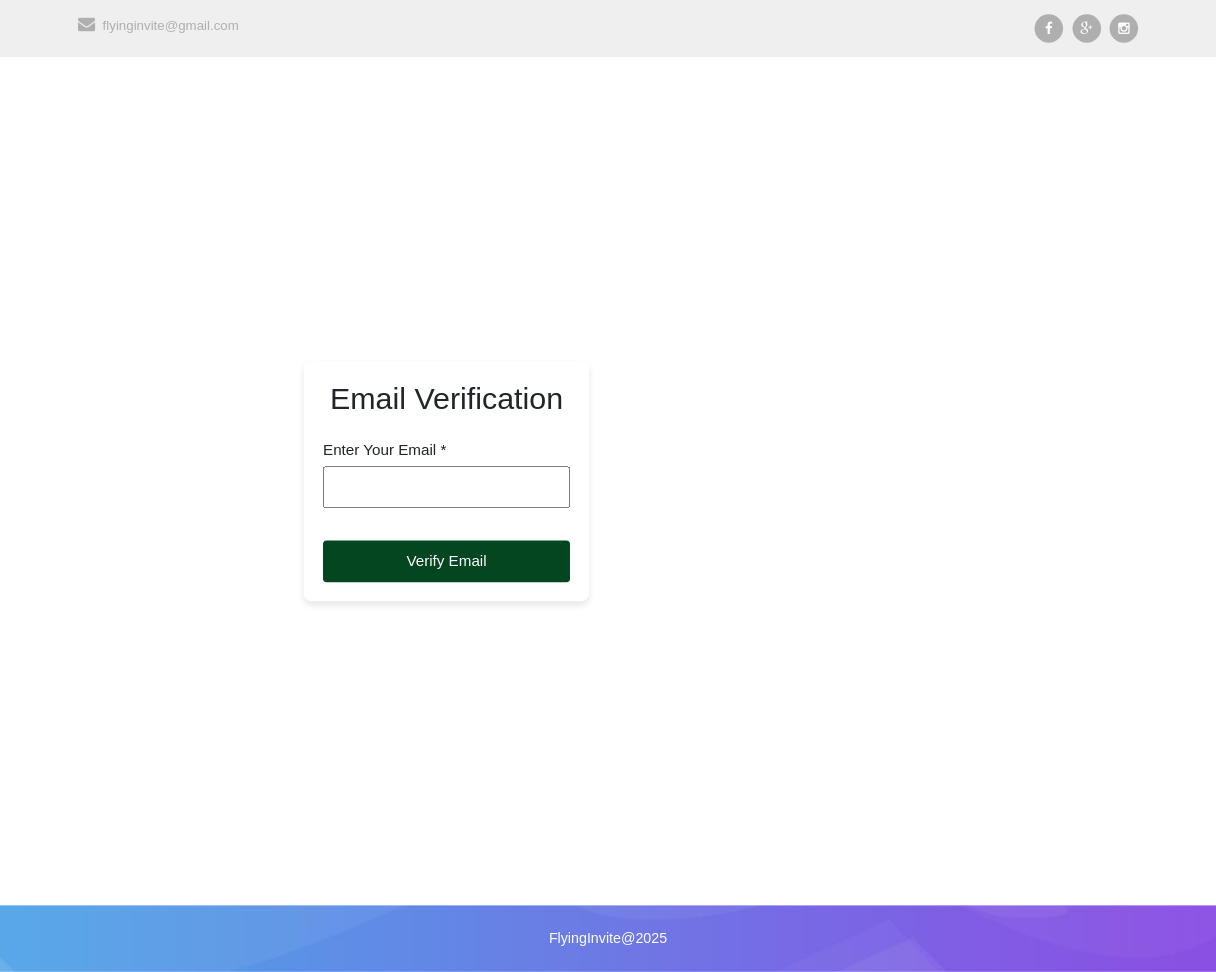
Repository: viraj7551/Flying-Invite-Project
Page: http://localhost/FlyingInvite/verifyEmail.jsp
These files come from the project's save history. The page is drawn as it stood at one moment and after the next save; the edit follows.
The browser window is 1280 px wide. The pictures show the whole page, at 95% of full size.
The page is served by Tomcat 9. Other server files are loaded and not shown.

Above is the page before, as saved 2025-04-20 09:13:55.

### FlyingInvite/WebContent/verifyEmail.jsp
<%@ page language="java" contentType="text/html; charset=ISO-8859-1"
    pageEncoding="ISO-8859-1"%>
<!DOCTYPE html>
<html>
<head>
  <meta charset="UTF-8">
  <meta name="viewport" content="width=device-width, initial-scale=1, shrink-to-fit=no">
  <meta name="description" content="">
  <meta name="author" content="">
  <link rel="preconnect" href="https://fonts.googleapis.com">
  <link rel="preconnect" href="https://fonts.gstatic.com" crossorigin>
  <link href="https://fonts.googleapis.com/css2?family=Poppins:wght@100;200;300;400;500;600;700;800;900&display=swap" rel="stylesheet">

  <title>Flying Invite | Name Suggestor</title>

  <!-- Bootstrap core CSS -->
  <link href="vendor/bootstrap/css/bootstrap.min.css" rel="stylesheet">


  <!-- Additional CSS Files -->
  <link rel="stylesheet" href="assets/css/fontawesome.css">
  <link rel="stylesheet" href="assets/css/app.css">
  <link rel="stylesheet" href="assets/css/animated.css">
  <link rel="stylesheet" href="assets/css/owl.css">
  <link rel="stylesheet" href="assets/css/style.css">
   <link rel="stylesheet" href="assets/css/style02.css">

  <script async src="https://www.googletagmanager.com/gtag/js?id=G-DZ4MP44ET9"></script>
<script>
  window.dataLayer = window.dataLayer || [];
  function gtag(){dataLayer.push(arguments);}
  gtag('js', new Date());

  gtag('config', 'G-DZ4MP44ET9');
</script>


</head>
<body>

   <%
      if(session.getAttribute("generatedOTP") != null){
    	  session.invalidate();
      }
   %>


 <!-- ***** Preloader Start ***** -->
  <div id="js-preloader" class="js-preloader">
    <div class="preloader-inner">
      <span class="dot"></span>
      <div class="dots">
        <span></span>
        <span></span>
        <span></span>
      </div>
    </div>
  </div>

    <!-- ***** Preloader End ***** -->

  <!-- Pre-header Starts -->
  <div class="pre-header">
    <div class="container">
      <div class="row">
        <div class="col-lg-8 col-sm-8 col-7">
          <ul class="info">
            <li><a href="#"><i class="fa fa-envelope"></i>flyinginvite@gmail.com</a></li>
          </ul>
        </div>
        <div class="col-lg-4 col-sm-4 col-5">
          <ul class="social-media">
            <li><a href="https://www.facebook.com/profile.php?id=61567671551405" target="_blank"><i class="fa fa-facebook"></i></a></li>
            <li><a href="#"><i class="fa fa-google-plus"></i></a></li>
            <li><a href="https://www.instagram.com/flyinginvite/?igsh=Yjh6aXM5eHZ3a3Nt" target="_blank"><i class="fa fa-instagram"></i></a></li>
          </ul>
        </div>
      </div>
    </div>
  </div>
  <!-- Pre-header End -->



    <div id="form-container">
        <h2>Email Verification</h2> <br>
        <form id="signup-form" method="POST" action="/Child_Name_Generator/VerifyEmail" onsubmit="return baby_name_generator()">
            <label for="email">Enter Your Email *</label>
            <input type="email" id="email" name="email" required><br>
            <button type="submit">Verify Email</button>
        </form>
    </div>












  <!-- Footer -->
  <footer>
    <div class="container">
      <div class="row">
        <div class="col-lg-12">
           <p>FlyingInvite@2025</p>
        </div>
      </div>
    </div>
  </footer>

  <!-- Scripts -->
  <script src="vendor/jquery/jquery.min.js"></script>
  <script src="vendor/bootstrap/js/bootstrap.bundle.min.js"></script>
  <script src="assets/js/owl-carousel.js"></script>
  <script src="assets/js/animation.js"></script>
  <script src="assets/js/imagesloaded.js"></script>
  <script src="assets/js/custom.js"></script>
  <script src="assets/js/app.js"></script>
</body>
</html>

### FlyingInvite/WebContent/assets/css/owl.css
/**
 * Owl Carousel v2.3.4
 * Copyright 2013-2018 David Deutsch
 * Licensed under: SEE LICENSE IN https://github.com/OwlCarousel2/OwlCarousel2/blob/master/LICENSE
 */
/*
 *  Owl Carousel - Core
 */
.owl-carousel {
  display: none;
  width: 100%;
  -webkit-tap-highlight-color: transparent;
  /* position relative and z-index fix webkit rendering fonts issue */
  position: relative;
  z-index: 1; }
  .owl-carousel .owl-stage {
    position: relative;
    -ms-touch-action: pan-Y;
    touch-action: manipulation;
    -moz-backface-visibility: hidden;
    /* fix firefox animation glitch */ }
  .owl-carousel .owl-stage:after {
    content: ".";
    display: block;
    clear: both;
    visibility: hidden;
    line-height: 0;
    height: 0; }
  .owl-carousel .owl-stage-outer {
    position: relative;
    overflow: hidden;
    /* fix for flashing background */
    -webkit-transform: translate3d(0px, 0px, 0px); }
  .owl-carousel .owl-wrapper,
  .owl-carousel .owl-item {
    -webkit-backface-visibility: hidden;
    -moz-backface-visibility: hidden;
    -ms-backface-visibility: hidden;
    -webkit-transform: translate3d(0, 0, 0);
    -moz-transform: translate3d(0, 0, 0);
    -ms-transform: translate3d(0, 0, 0); }
  .owl-carousel .owl-item {
    position: relative;
    min-height: 1px;
    float: left;
    -webkit-backface-visibility: hidden;
    -webkit-tap-highlight-color: transparent;
    -webkit-touch-callout: none; }
  .owl-carousel .owl-item img {
    display: block;
    width: 100%; }
  .owl-carousel .owl-nav.disabled,
  .owl-carousel .owl-dots.disabled {
    display: none; }
  .owl-carousel .owl-nav .owl-prev,
  .owl-carousel .owl-nav .owl-next,
  .owl-carousel .owl-dot {
    cursor: pointer;
    -webkit-user-select: none;
    -khtml-user-select: none;
    -moz-user-select: none;
    -ms-user-select: none;
    user-select: none; }
  .owl-carousel .owl-nav button.owl-prev,
  .owl-carousel .owl-nav button.owl-next,
  .owl-carousel button.owl-dot {
    background: none;
    color: inherit;
    border: none;
    padding: 0 !important;
    font: inherit; }
  .owl-carousel.owl-loaded {
    display: block; }
  .owl-carousel.owl-loading {
    opacity: 0;
    display: block; }
  .owl-carousel.owl-hidden {
    opacity: 0; }
  .owl-carousel.owl-refresh .owl-item {
    visibility: hidden; }
  .owl-carousel.owl-drag .owl-item {
    -ms-touch-action: pan-y;
        touch-action: pan-y;
    -webkit-user-select: none;
    -moz-user-select: none;
    -ms-user-select: none;
    user-select: none; }
  .owl-carousel.owl-grab {
    cursor: move;
    cursor: grab; }
  .owl-carousel.owl-rtl {
    direction: rtl; }
  .owl-carousel.owl-rtl .owl-item {
    float: right; }

/* No Js */
.no-js .owl-carousel {
  display: block; }

/*
 *  Owl Carousel - Animate Plugin
 */
.owl-carousel .animated {
  animation-duration: 1000ms;
  animation-fill-mode: both; }

.owl-carousel .owl-animated-in {
  z-index: 0; }

.owl-carousel .owl-animated-out {
  z-index: 1; }

.owl-carousel .fadeOut {
  animation-name: fadeOut; }

@keyframes fadeOut {
  0% {
    opacity: 1; }
  100% {
    opacity: 0; } }

/*
 * 	Owl Carousel - Auto Height Plugin
 */
.owl-height {
  transition: height 500ms ease-in-out; }

/*
 * 	Owl Carousel - Lazy Load Plugin
 */
.owl-carousel .owl-item {
  /**
			This is introduced due to a bug in IE11 where lazy loading combined with autoheight plugin causes a wrong
			calculation of the height of the owl-item that breaks page layouts
		 */ }
  .owl-carousel .owl-item .owl-lazy {
    opacity: 0;
    transition: opacity 400ms ease; }
  .owl-carousel .owl-item .owl-lazy[src^=""], .owl-carousel .owl-item .owl-lazy:not([src]) {
    max-height: 0; }
  .owl-carousel .owl-item img.owl-lazy {
    transform-style: preserve-3d; }

/*
 * 	Owl Carousel - Video Plugin
 */
.owl-carousel .owl-video-wrapper {
  position: relative;
  height: 100%;
  background: #000; }

.owl-carousel .owl-video-play-icon {
  position: absolute;
  height: 80px;
  width: 80px;
  left: 50%;
  top: 50%;
  margin-left: -40px;
  margin-top: -40px;
  background: url("owl.video.play.png") no-repeat;
  cursor: pointer;
  z-index: 1;
  -webkit-backface-visibility: hidden;
  transition: transform 100ms ease; }

.owl-carousel .owl-video-play-icon:hover {
  -ms-transform: scale(1.3, 1.3);
      transform: scale(1.3, 1.3); }

.owl-carousel .owl-video-playing .owl-video-tn,
.owl-carousel .owl-video-playing .owl-video-play-icon {
  display: none; }

.owl-carousel .owl-video-tn {
  opacity: 0;
  height: 100%;
  background-position: center center;
  background-repeat: no-repeat;
  background-size: contain;
  transition: opacity 400ms ease; }

.owl-carousel .owl-video-frame {
  position: relative;
  z-index: 1;
  height: 100%;
  width: 100%; }

### FlyingInvite/WebContent/assets/css/style.css
/* Aligns the heading text to the center. */

h1 {
    text-align: center;
  }

  /* Sets the width for the accordion. Sets the margin to 90px on the top and bottom and auto to the left and right */
.accordion-body{
    margin-top: 100px;
}


.navigate_section{
    margin: 90px auto;
}

#navigateHeader{
  display: none;
}
#navigateBtn{
  padding: 20px;
  background-color: #213448;
  color: #fff;
  margin-left: 350px;
  margin-top: 170px;
  margin-bottom: 170px;
  border-radius: 5px;
  width: max-content;
}
.blink_me{
  animation: blinker 1s linear infinite;
}

@keyframes blinker {
  50% {
    opacity: 0;
  }
}

#coming_soon_header{
  padding: 20px;
  color: #213448;
  margin-left: 350px;
  margin-top: 170px;
  margin-bottom: 170px;
  border-radius: 5px;
  width: max-content;
}

#navigateBtn:hover {
   background-color: #27548A;
}

  .accordion {
    width: 800px;
    margin: 90px auto;
    color: black;
    background-color: white;
    padding: 45px 45px;
  }

  .accordion .container {
    position: relative;
    margin: 10px 10px;
  }

  /* Positions the labels relative to the .container. Adds padding to the top and bottom and increases font size. Also makes its cursor a pointer */

  .accordion .label {
    position: relative;
    padding: 10px 0;
    font-size: 24px;
    color: black;
    cursor: pointer;
  }

  /* Positions the plus sign 5px from the right. Centers it using the transform property. */

.accordion .label::before {
    content: '+';
    color: black;
    position: absolute;
    top: 50%;
    right: -5px;
    font-size: 24px;
    transform: translateY(-50%);
  }

  /* Hides the content (height: 0), decreases font size, justifies text and adds transition */

  .accordion .content {
    position: relative;
    background: white;
    height: 0;
    font-size: 16px;
    text-align: justify;
    width: 780px;
    overflow: hidden;
    transition: 0.5s;
  }

  /* Adds a horizontal line between the contents */

  .accordion hr {
    width: 100;
    margin-left: 0;
    border: 1px solid grey;
  }

  /* Unhides the content part when active. Sets the height */

.accordion .container.active .content {
    height: 90px;
  }




  /* Changes from plus sign to negative sign once active */

  .accordion .container.active .label::before {
    content: '-';
    font-size: 30px;
  }


 @media (max-width: 1200px) {
    #navigateBtn{
      margin-left: 180px;
     }
  }

 @media only screen and (max-width: 1024px) {
    #coming_soon_header{
      margin-left: 180px;
    }
}

 @media only screen and (max-width: 1180px) {
    #coming_soon_header{
      margin-left: 180px;
    }
  }


  @media (max-width: 992px) {


    .accordion .container.active .content{
      width: auto;
      height: 100px;
    }

    #navigateBtn{
    margin-left: 55px;
   }
  }

   @media only screen and (max-width: 932px) and (min-width: 740px){
  #navigateBtn{
    margin-left: 135px;
   }

   #navigateHeader{
    display: block;
    margin-left: 110px;
  }
  #coming_soon_header{
    margin-left: 110px;
  }
 }



  @media (max-width: 767px){

    .accordion{
        width: auto;
    }
    .accordion .label {
        font-size: 16px;
      }

      .accordion .content {
        font-size: 14px;
        text-align: justify;
        width: 200px;
        overflow: hidden;
      }

      #navigateHeader{
        display: block;
        margin-left: 20px;
      }

      #coming_soon_header{
        margin-left: 20px;
      }
  }

    @media only screen and (max-width: 360px){
      #navigateHeader{
        display: block;
        margin-left: 60px;
      }
  }

### FlyingInvite/WebContent/assets/css/style02.css
@charset "ISO-8859-1";

    /* styles.css */
body {
    font-family: Arial, sans-serif;

}

#form-container {
	margin:25%;
    background-color: white;
    padding: 20px;
    border-radius: 8px;
    box-shadow: 0px 4px 8px rgba(0, 0, 0, 0.1);
    width: 300px;
    text-align: center;
}

form {
    display: flex;
    flex-direction: column;
    align-items: flex-start;
}

label {
    margin-bottom: 5px;
}

input {
    padding: 8px;
    margin-bottom: 10px;
    width: 100%;
    box-sizing: border-box;
}

select{
    padding: 8px;
    margin-bottom: 25px;
    width: 100%;
    box-sizing: border-box;
}

select > option{
    padding: 15px;
}

.caste_preference{
    display: flex;
    width: 100%;
    margin-bottom: 5px;
}

.starting_letter_specific{
    display: flex;
    width: 100%;
    margin-bottom: 5px;
}

.error{
    margin-top: -30px;
    margin-bottom: 20px;
    color: red;
    font-size: 14px;
    display: none;
}

button {
    padding: 10px;
    background-color: #03461f;
    color: white;
    border: none;
    border-radius: 4px;
    cursor: pointer;
    width: 100%;
}

button:hover {
    background-color: #03751ac4;
}

Loaded but not shown: FlyingInvite/WebContent/assets/css/fontawesome.css (library); FlyingInvite/WebContent/assets/css/animated.css (common file); FlyingInvite/WebContent/assets/js/owl-carousel.js (3448 lines, source omitted); FlyingInvite/WebContent/assets/js/imagesloaded.js (496 lines, source omitted); FlyingInvite/WebContent/assets/js/animation.js (193 lines, source omitted); FlyingInvite/WebContent/assets/js/custom.js (172 lines, source omitted); FlyingInvite/WebContent/assets/js/app.js (7 lines, source omitted); FlyingInvite/WebContent/assets/css/app.css (2123 lines, source omitted)

After the next save:
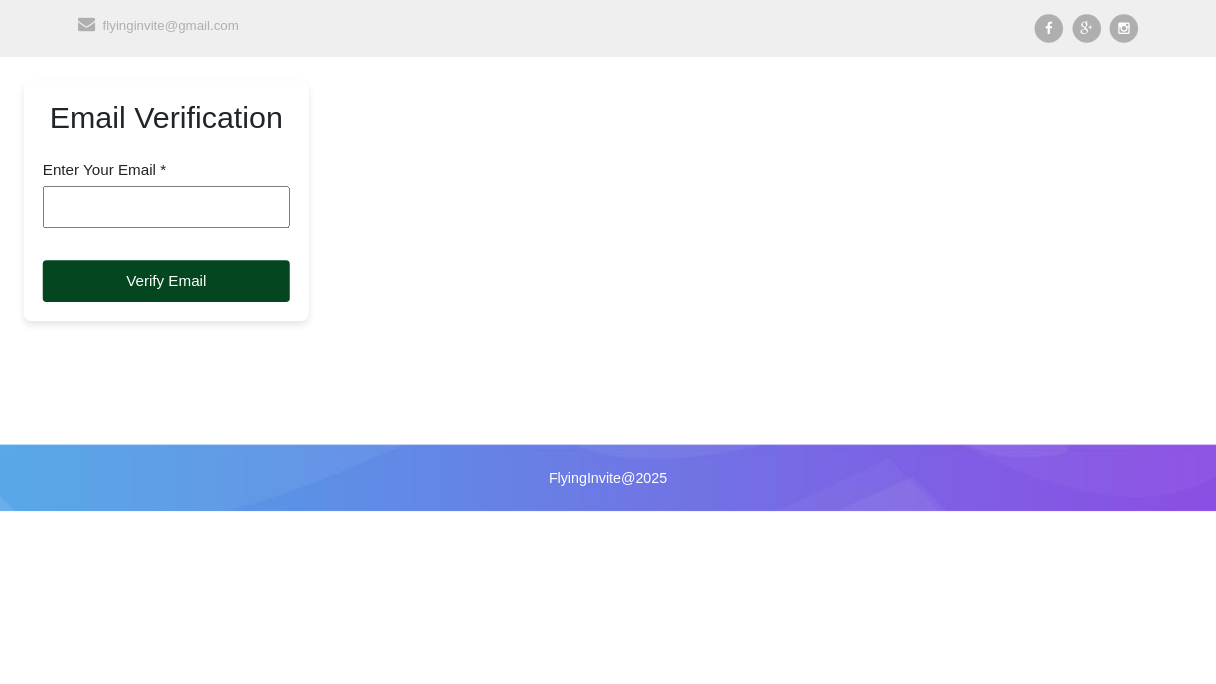
Saved 38 s later.
--- a/FlyingInvite/WebContent/assets/css/style02.css
+++ b/FlyingInvite/WebContent/assets/css/style02.css
@@ -7,7 +7,7 @@ body {
 }
 
 #form-container {
-	margin:25%;
+	margin: 25px;
     background-color: white;
     padding: 20px;
     border-radius: 8px;
